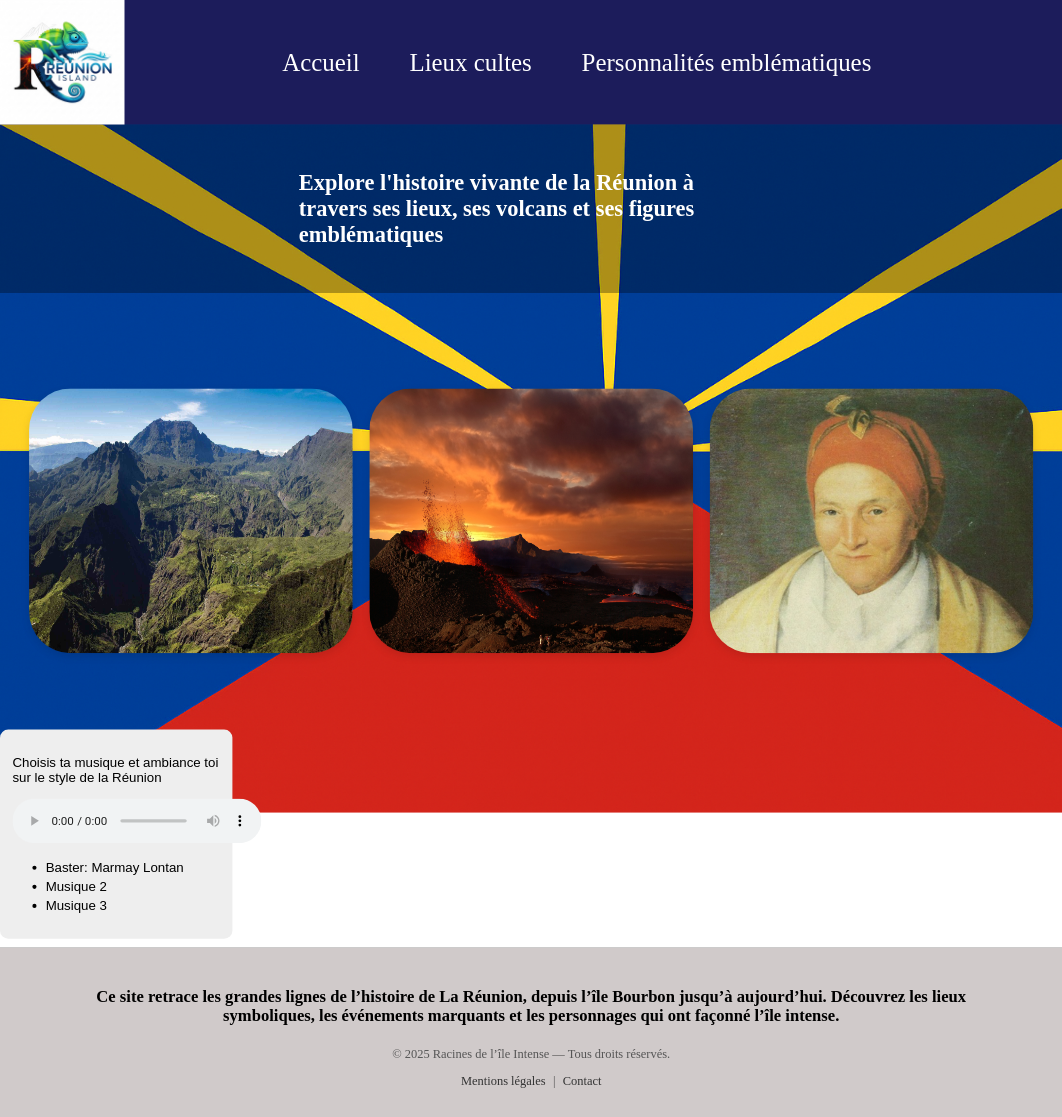
Repository: racinesintense974/Racines-de-lile-intense
Page: index.html
These files come from the project's save history. The page is drawn as it stood at one moment and after the next save; the edit follows.
The browser window is 1280 px wide. The pictures show the whole page, at 83% of full size.

Above is the page before, as saved 2026-02-19 16:45:44.

After the next save:
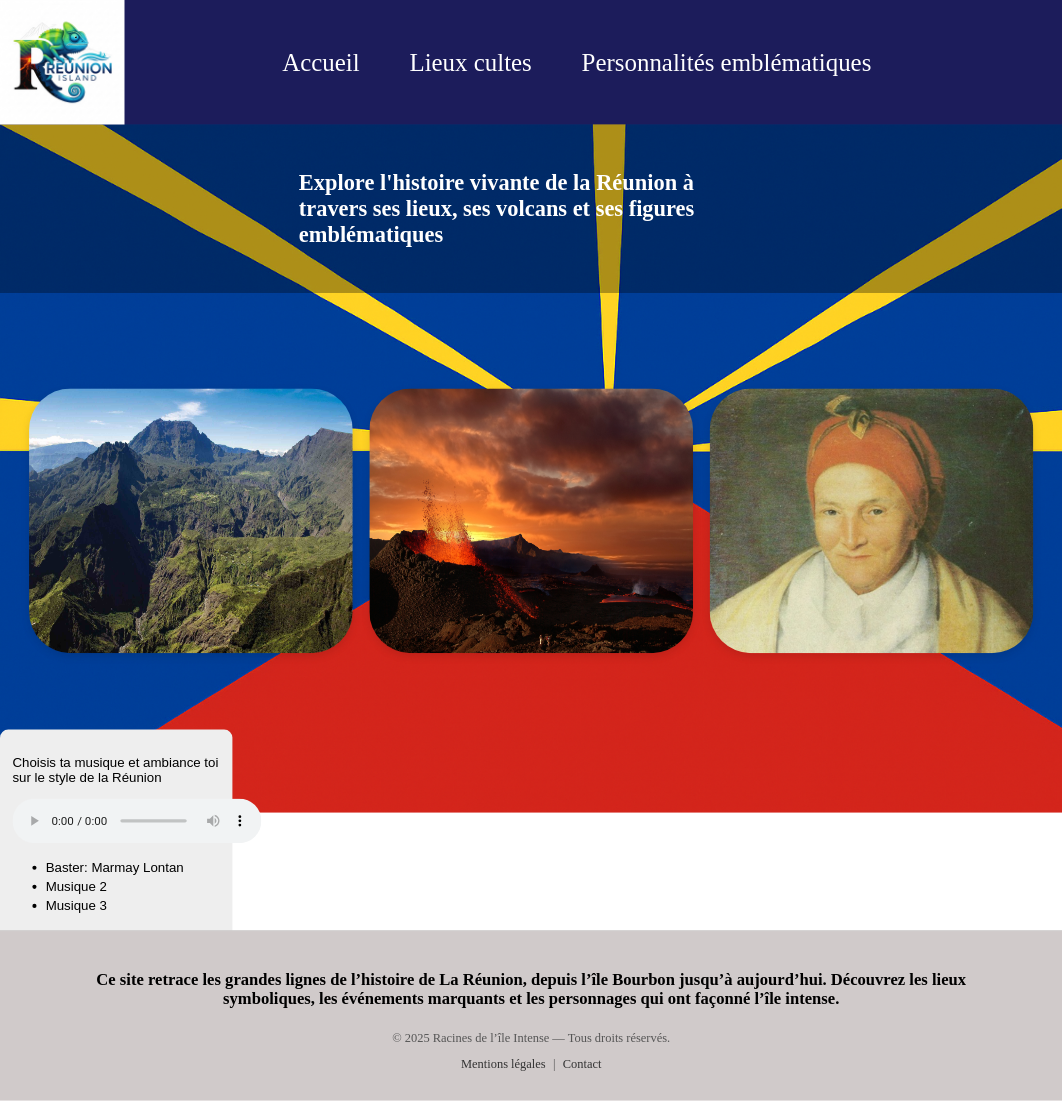
Saved 7 s later.
--- a/css/style.css
+++ b/css/style.css
@@ -87,7 +87,7 @@ html, body {
   font-size: 15px;
   color: #555;
   border-top: 1px solid #ccc;
-  margin-top: 10px;
+  margin-top: -10px;
    box-sizing: border-box;
 
 }
